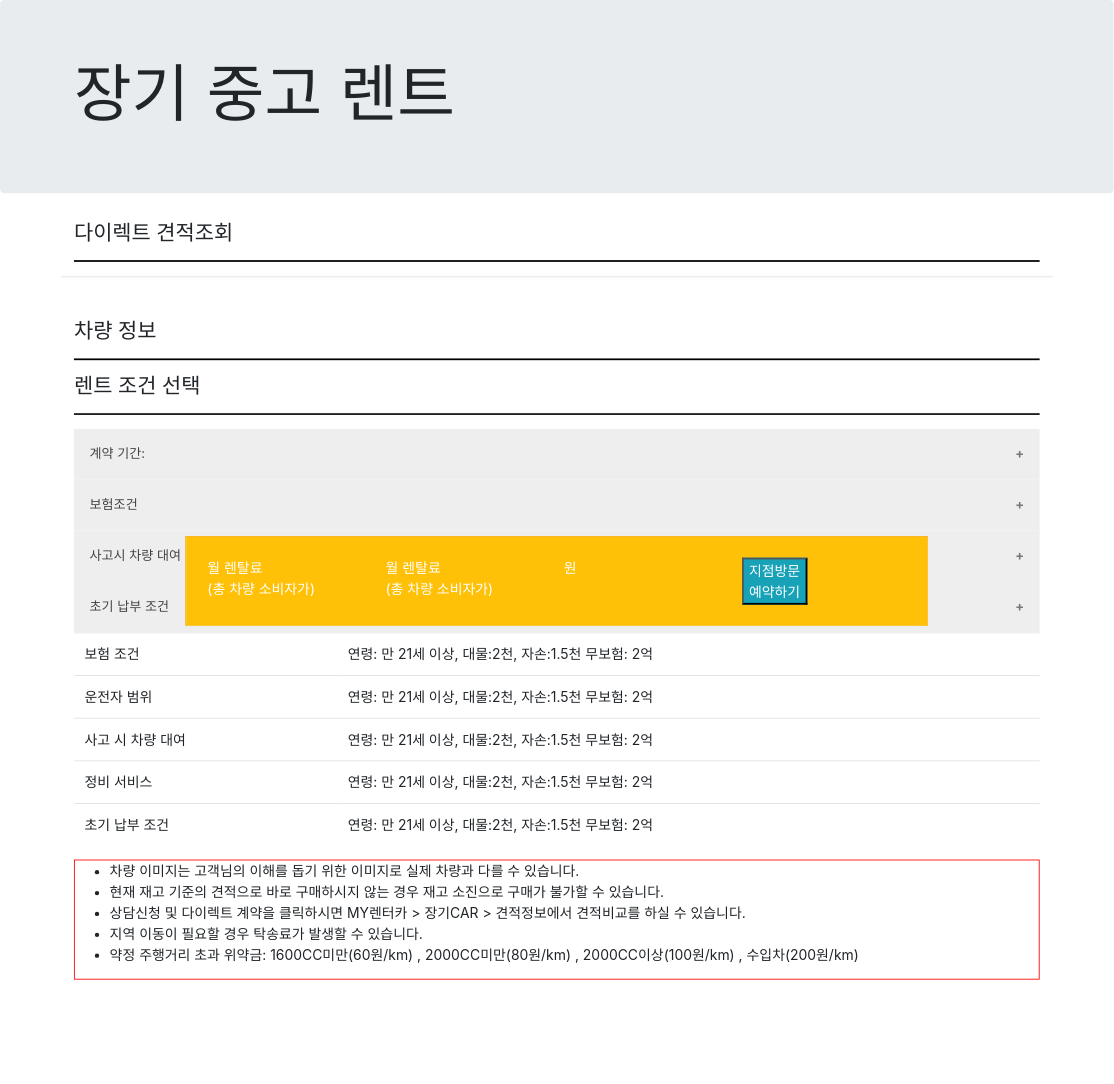
Repository: hyebinkim00/Project
Page: http://localhost/jsp/long_lent_oldcar/carLent.jsp
These files come from the project's save history. The page is drawn as it stood at one moment and after the next save; the edit follows.
The browser window is 1280 px wide. The pictures show the whole page, at 87% of full size.
The page is served by Tomcat 9. Queries for data that is not in the repository find no rows.

Above is the page before, as saved 2020-09-18 07:22:31.

After the next save:
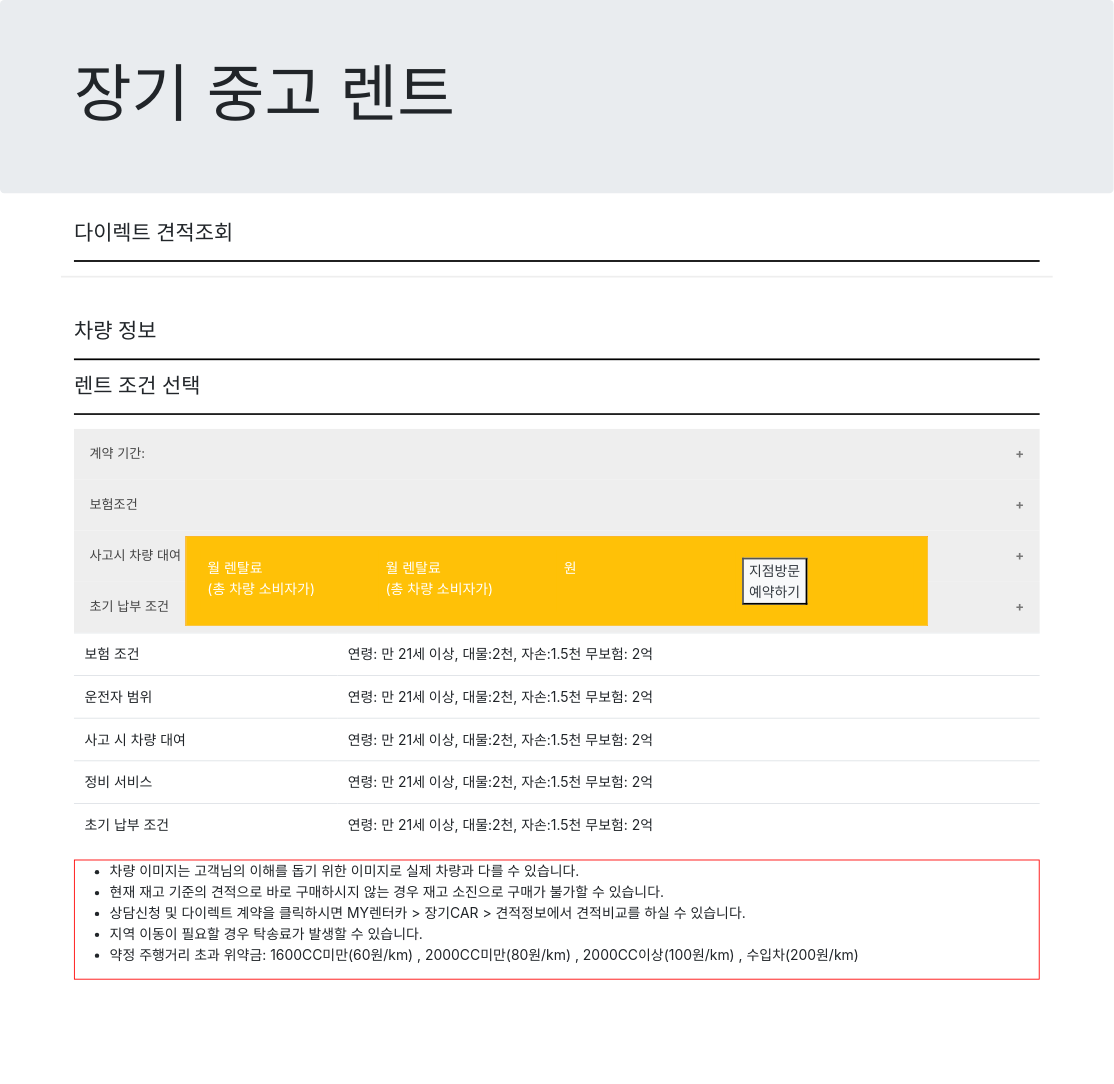
Saved 82 s later.
--- a/jsp/WebContent/long_lent_oldcar/carLent.jsp
+++ b/jsp/WebContent/long_lent_oldcar/carLent.jsp
@@ -324,7 +324,7 @@ function go(){
     <div class="col-sm-3 p-2 bg-warning">월 렌탈료<br> (총 차량 소비자가)</div>
     <div class="col-sm-3 p-2 bg-warning">월 렌탈료<br> (총 차량 소비자가)</div>
     <div class="col-sm-3 p-2 bg-warning"><span id="result4"><c:out value="${car_price}" />원</span><br><c:out value="${prices}" /></div>
-    <div class="col-sm-3 p-2 bg-warning"><button class="bg-info text-white" onclick="go()">지점방문<br>예약하기</button></div>
+    <div class="col-sm-3 p-2 bg-warning"><button class="bg-light text-dark" onclick="go()">지점방문<br>예약하기</button></div>
   </div>
 
 
